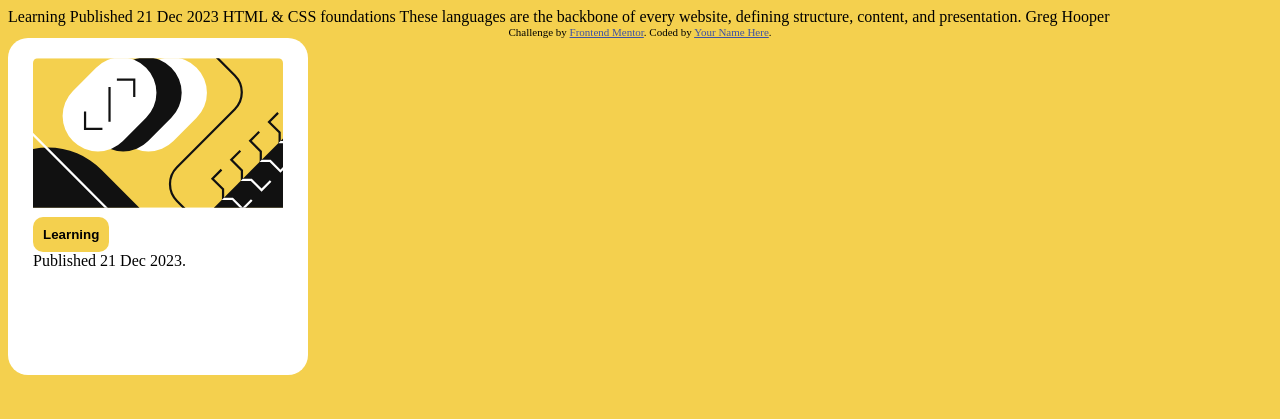
Repository: Dayvid0/FRONTEND_MENTOR_CHALLENGES
Page: index.html
The author's editor kept a copy of each file at every save. The page is drawn from the files as they stood at one save, then again after the next save.
The browser window is 1280 px wide. The pictures show the whole page.

Above is the page before, as saved 2025-03-13 13:06:49.

After the next save:
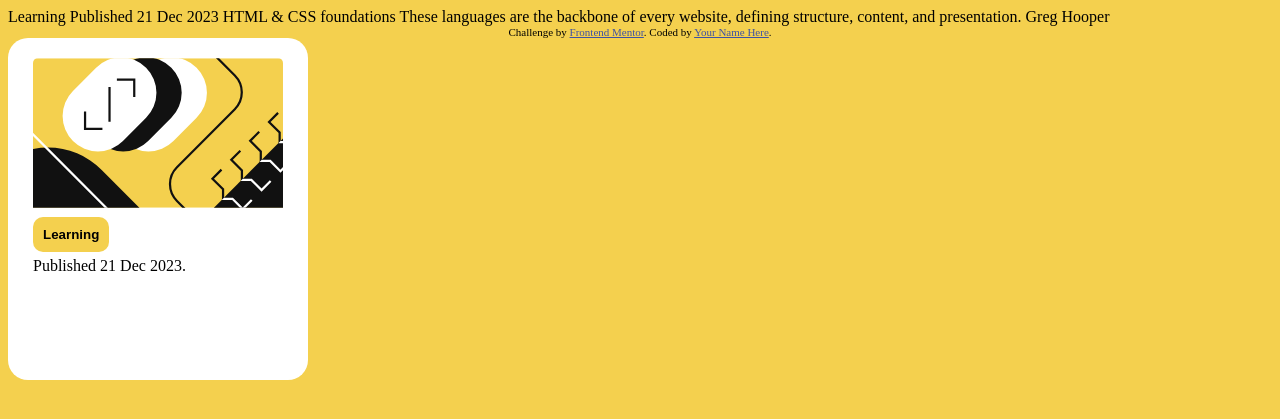
Saved 17 s later.
--- a/index.html
+++ b/index.html
@@ -18,7 +18,7 @@
       border-radius: 10px;
       padding: 10px;
       font-weight: bold;
-      padding-bottom: 10px;
+    margin-bottom: 5px;
     }
     .card {
       display:flex;
